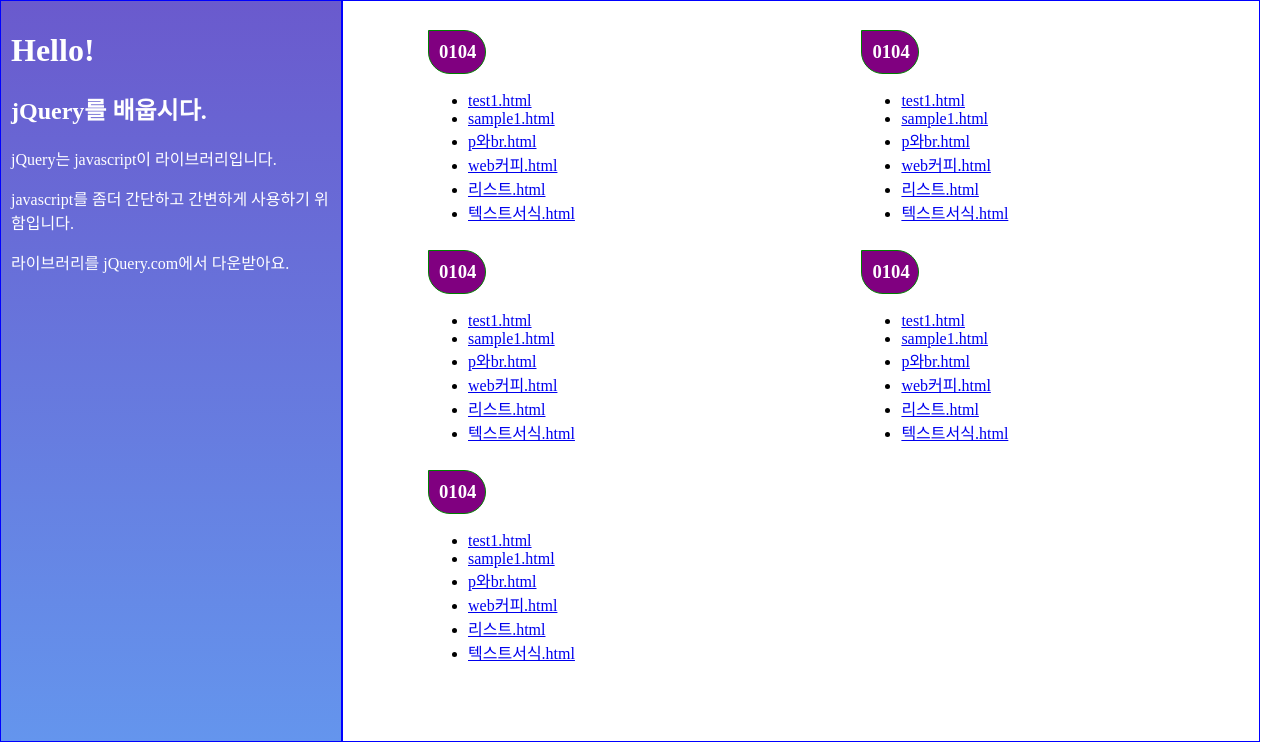
Repository: yul3220/WebProgrammingLecture
Page: webpro/WebContent/WebContent/index.html
The author's editor kept a copy of each file at every save. The page is drawn from the files as they stood at one save, then again after the next save.
The browser window is 1280 px wide. The pictures show the whole page.

Above is the page before, as saved 2021-01-08 09:41:00.

After the next save:
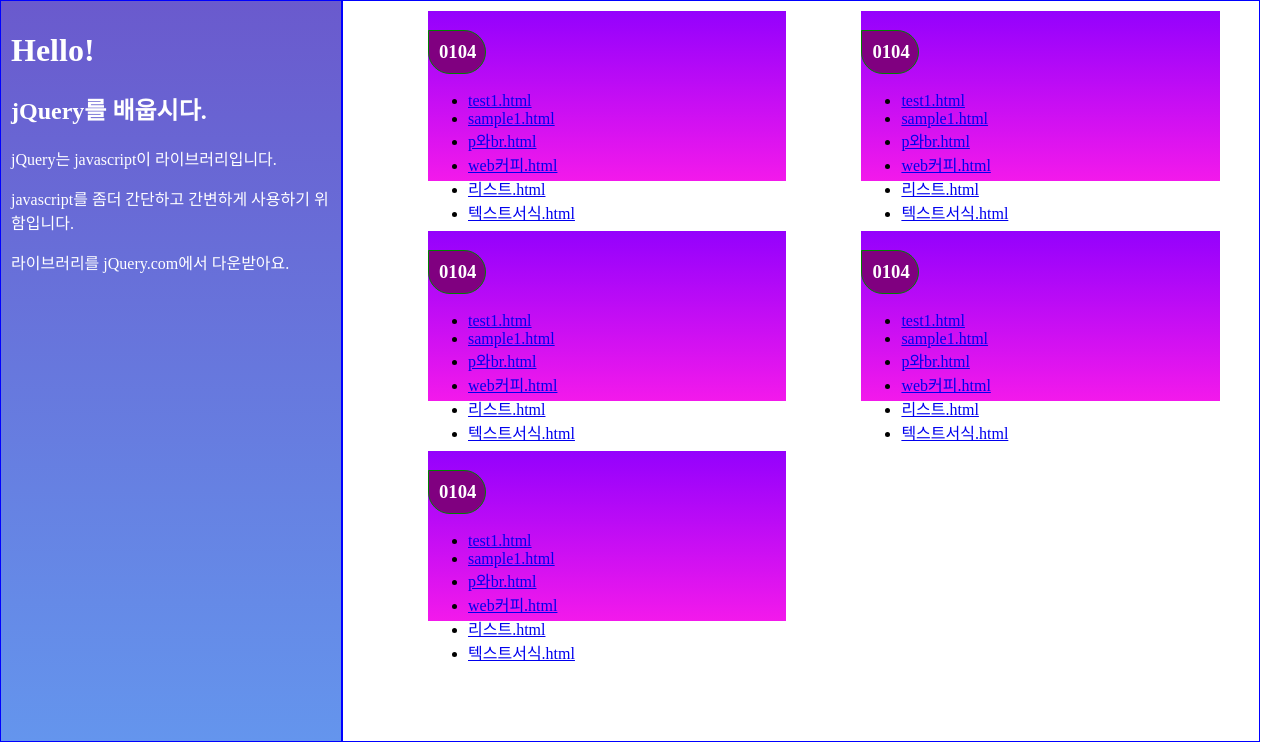
Saved 87 s later.
--- a/webpro/WebContent/WebContent/index.html
+++ b/webpro/WebContent/WebContent/index.html
@@ -30,6 +30,7 @@
 	float : left;
 	margin-left: 75px;
 	margin-bottom : 50px;
+	background:linear-gradient(to bottom, #9401FD , #F319EB);
 
 }
 div h3{

After the save that followed:
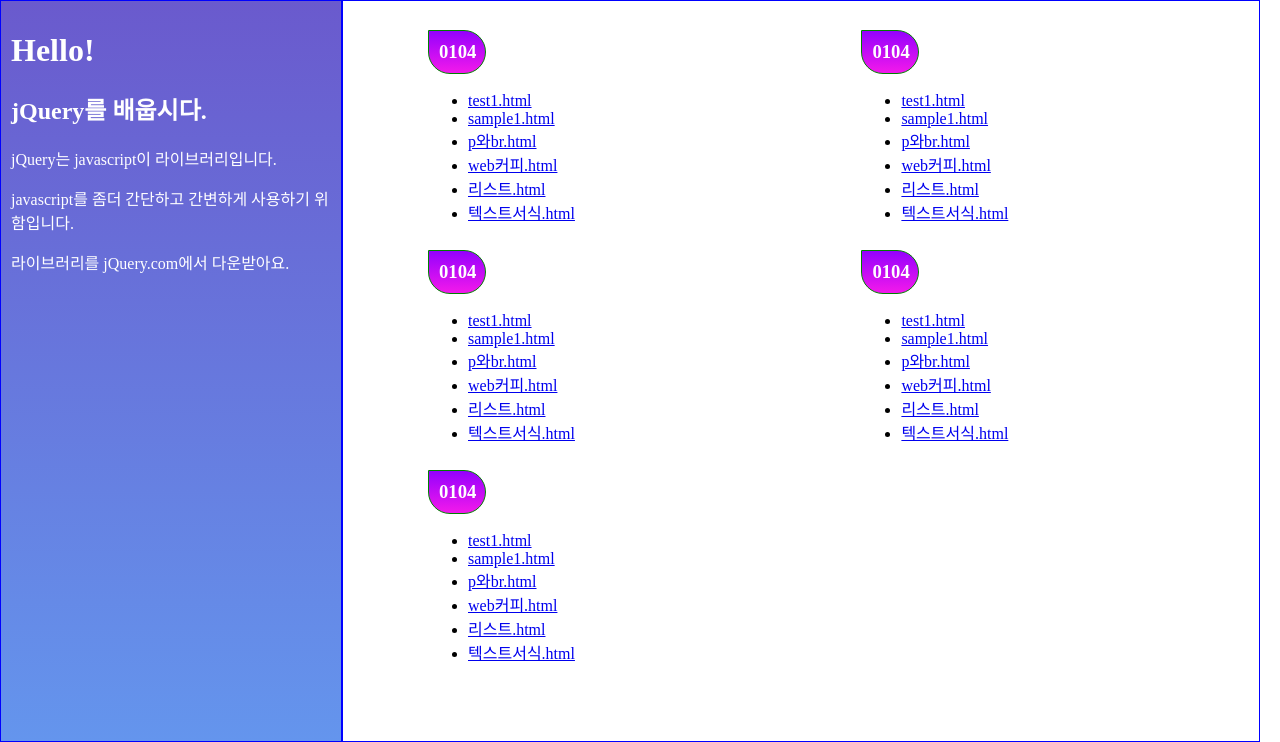
Saved 21 s later.
--- a/webpro/WebContent/WebContent/index.html
+++ b/webpro/WebContent/WebContent/index.html
@@ -30,7 +30,7 @@
 	float : left;
 	margin-left: 75px;
 	margin-bottom : 50px;
-	background:linear-gradient(to bottom, #9401FD , #F319EB);
+
 
 }
 div h3{
@@ -40,6 +40,7 @@
 	padding : 10px;
 	border-radius : 0px 200px 200px 200px;
 	color:white;
+	background:linear-gradient(to bottom, #9401FD , #F319EB);
 }
 
 </style>
